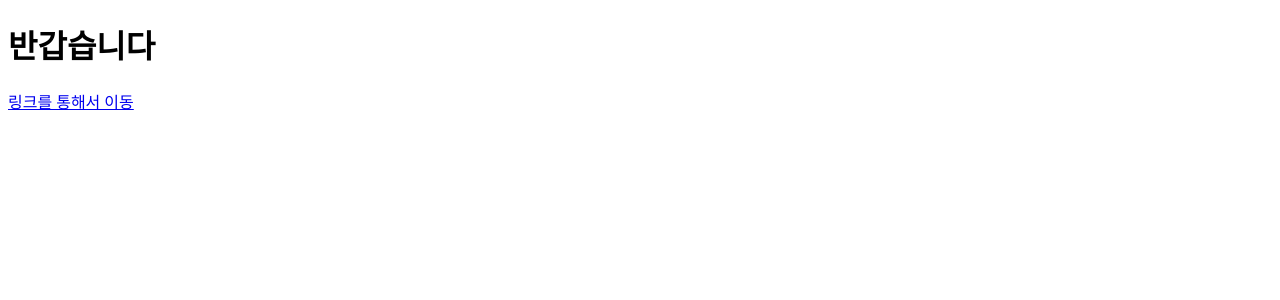
Repository: hj-Seong/Green-Tomcat
Page: Welcome/src/main/webapp/index.html
An editor plug-in stored every save of this project. The page is shown before and after the next save, followed by the edit.
The browser window is 1280 px wide. The pictures show the whole page.

Above is the page before, as saved 2022-11-18 08:08:20.

After the next save:
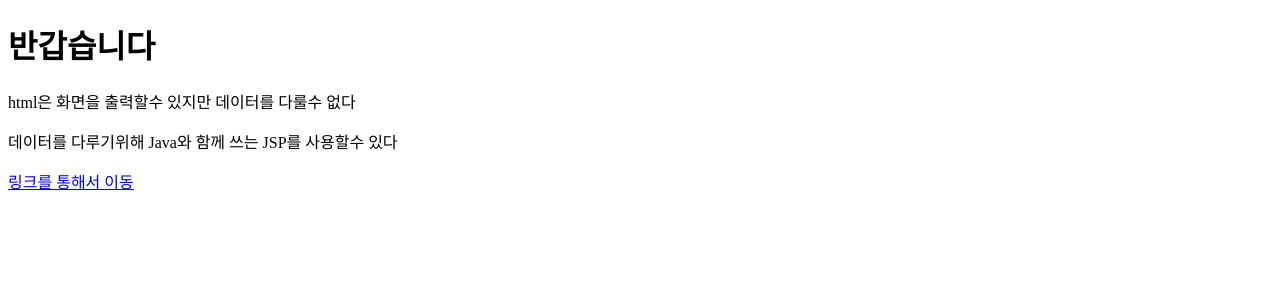
Saved 4 min 36 s later.
--- a/Welcome/src/main/webapp/index.html
+++ b/Welcome/src/main/webapp/index.html
@@ -6,6 +6,8 @@
 </head>
 <body>
 	<h1>반갑습니다</h1>
+	<p>html은 화면을 출력할수 있지만 데이터를 다룰수 없다</p>
+	<p>데이터를 다루기위해 Java와 함께 쓰는 JSP를 사용할수 있다</p>
 	<a href="./link.html"> 링크를 통해서 이동</a>
 </body>
 </html>
